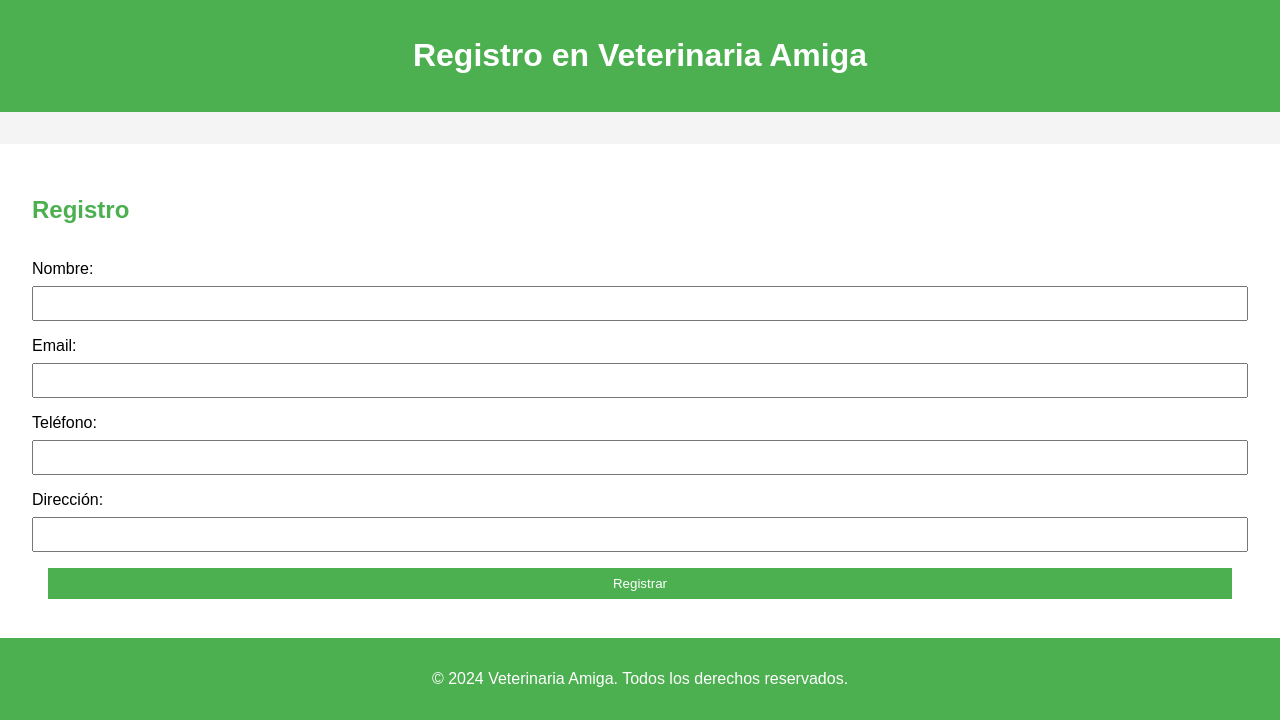
Repository: Lexhon/ProyectoFinal
Page: template/register.html
The author's editor kept a record of every edit. The page is drawn from the files as they stood at one moment, then again after the next edit.
The browser window is 1280 px wide. The pictures show the whole page.

Above is the page before.
Console error: TypeError: Cannot read properties of null (reading 'addEventListener')

### template/register.html
<!DOCTYPE html>
<html lang="es">
<head>
    <meta charset="UTF-8">
    <meta name="viewport" content="width=device-width, initial-scale=1.0">
    <title>Registro - Veterinaria Amiga</title>
    <link rel="stylesheet" href="../static/css/styleRegister.css" type="text/css" media="all" />
    <script src="../static/js/appGlobal.js" type="text/javascript" charset="utf-8"></script>
</head>
<body>
    <header>
        <h1>Registro en Veterinaria Amiga</h1>
    </header>

    <section>
        <h2>Registro</h2>
        <form>
            <label for="reg-nombre">Nombre:</label>
            <input type="text" id="reg-nombre" name="nombre" required>

            <label for="reg-email">Email:</label>
            <input type="email" id="reg-email" name="email" required>

            <label for="reg-telefono">Teléfono:</label>
            <input type="tel" id="reg-telefono" name="telefono" required>

            <label for="reg-direccion">Dirección:</label>
            <input type="text" id="reg-direccion" name="direccion" required>

            <button type="submit">Registrar</button>
        </form>
    </section>

    <footer>
        <p>&copy; 2024 Veterinaria Amiga. Todos los derechos reservados.</p>
    </footer>
</body>
</html>

### static/css/styleRegister.css
/* styles.css */
body {
    font-family: Arial, sans-serif;
    margin: 0;
    padding: 0;
    background-color: #f4f4f4;
}

header {
    background-color: #4CAF50;
    color: white;
    padding: 1rem 0;
    text-align: center;
}

nav ul {
    list-style: none;
    padding: 0;
}

nav ul li {
    display: inline;
    margin: 0 1rem;
}

nav ul li a {
    color: white;
    text-decoration: none;
}

section {
    padding: 2rem;
    margin: 2rem 0;
    background-color: white;
}

h2 {
    color: #4CAF50;
}

form {
    display: flex;
    flex-direction: column;
}

form label {
    margin-top: 1rem;
}

form input, form textarea, form select {
    padding: 0.5rem;
    margin-top: 0.5rem;
}

form button {
    margin-top: 1rem;
    padding: 0.5rem;
    background-color: #4CAF50;
    color: white;
    border: none;
    cursor: pointer;
}

footer {
    background-color: #4CAF50;
    color: white;
    text-align: center;
    padding: 1rem 0;
    position: fixed;
    width: 100%;
    bottom: 0;
}

button {
    padding: 1rem 2rem;
    margin: 1rem;
    background-color: #4CAF50;
    color: white;
    border: none;
    cursor: pointer;
}

button:hover {
    background-color: #45a049;
}

### static/js/appGlobal.js
// scripts.js
document.querySelector('form').addEventListener('submit', function(event) {
    event.preventDefault();
    alert('Formulario enviado. ¡Gracias por registrarte o consultar con nosotros!');
});

After the next edit:
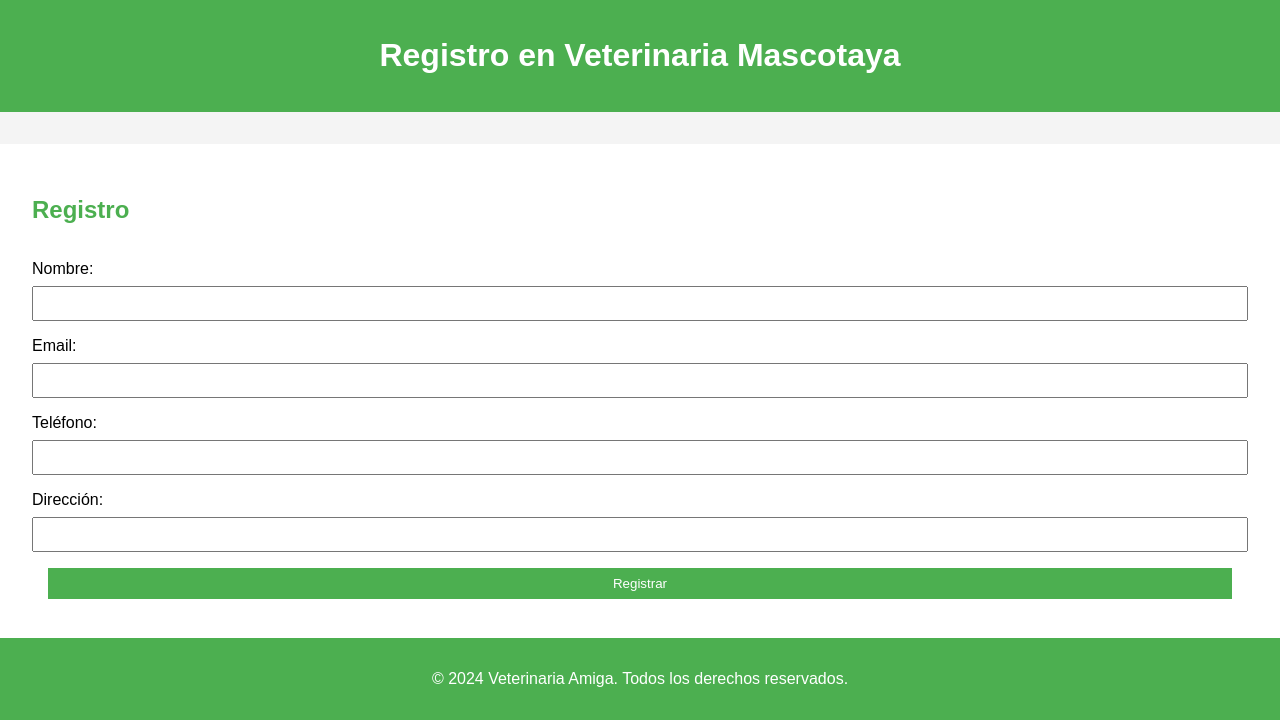
The edit:
--- a/template/register.html
+++ b/template/register.html
@@ -9,7 +9,7 @@
 </head>
 <body>
     <header>
-        <h1>Registro en Veterinaria Amiga</h1>
+        <h1>Registro en Veterinaria Mascotaya</h1>
     </header>
 
     <section>
